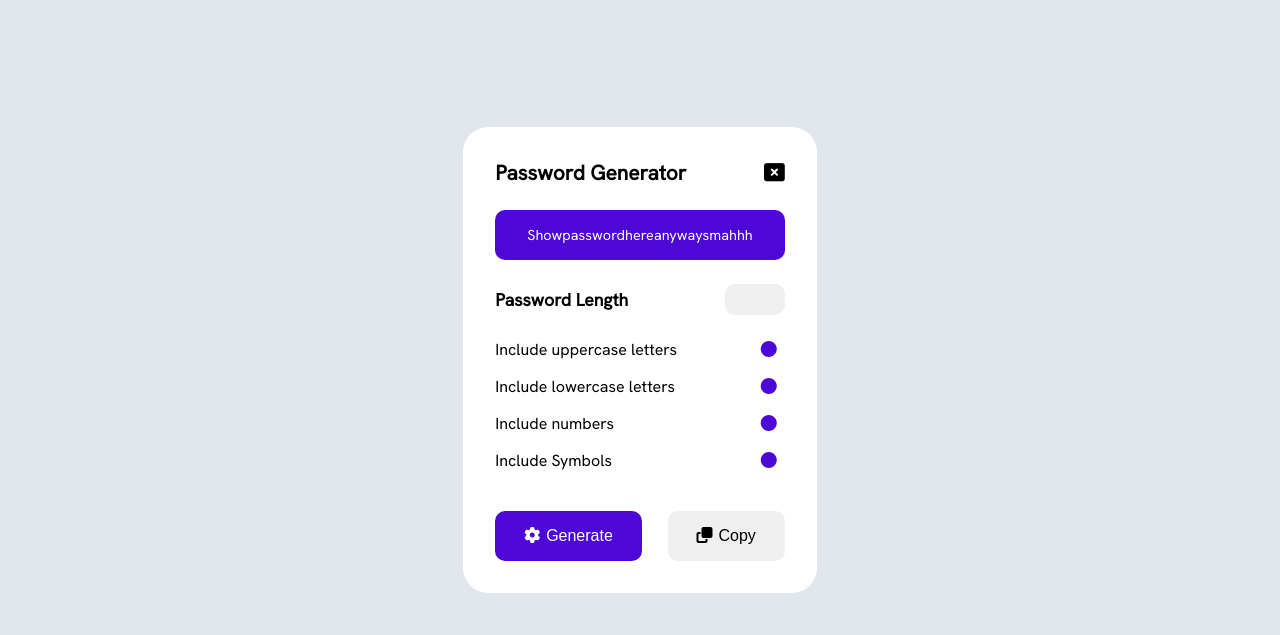
Repository: emiliaiwu/password_generator
Page: index.html
These files come from the project's save history. The page is drawn as it stood at one moment and after the next save; the edit follows.
The browser window is 1280 px wide. The pictures show the whole page.
Some web libraries are served in a nearby version.

Above is the page before, as saved 2022-12-14 04:59:41.

After the next save:
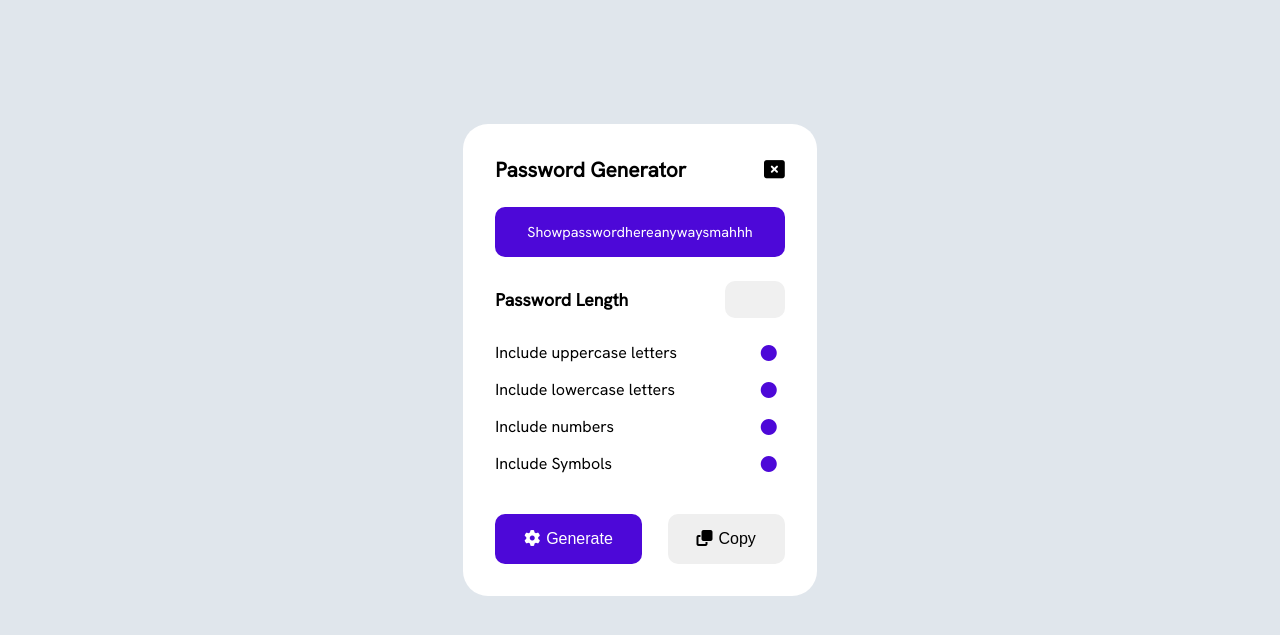
Saved 22 s later.
--- a/style.css
+++ b/style.css
@@ -80,7 +80,7 @@ label,
 
 .password_length input[type="text"] {
     width: 60px;
-    padding: .3rem .7rem;
+    padding: .5rem .7rem;
     font-size: 1.1rem;
     border: 2px solid #000;
     border-radius: 10px;
